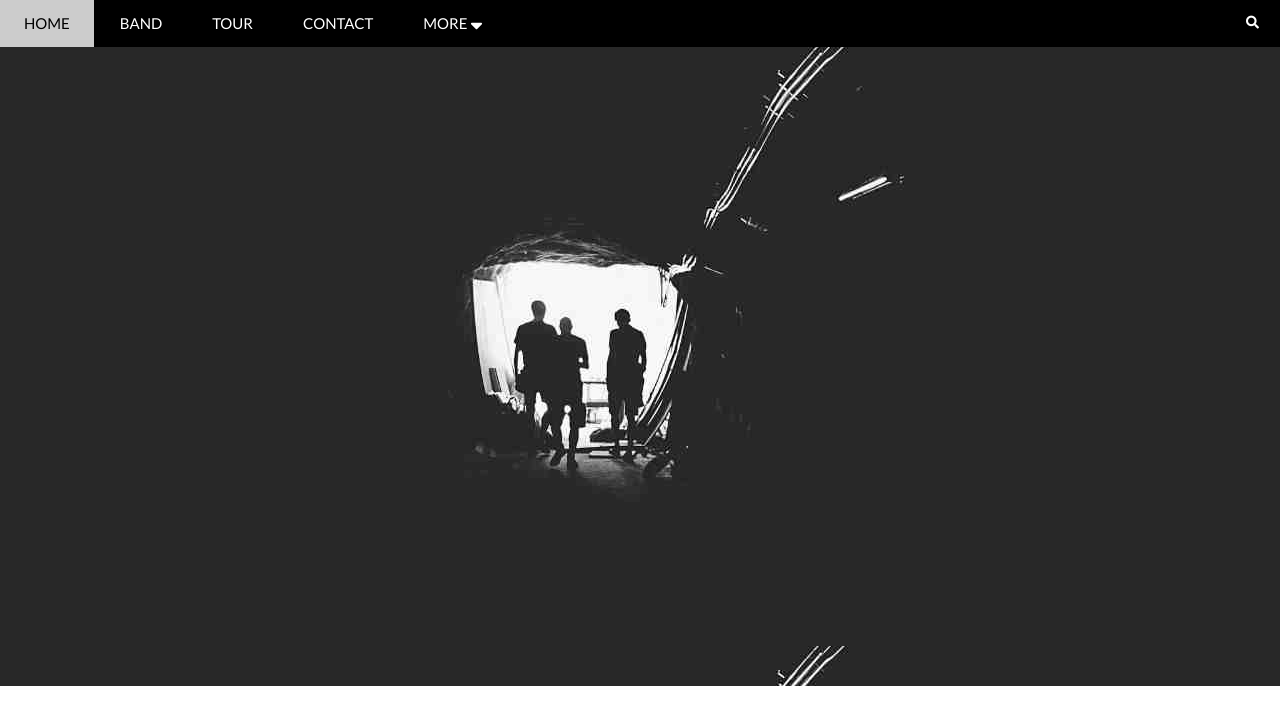
Repository: nguyenthaicong265/w3-band
Page: index.html
An editor plug-in stored every save of this project. The page is shown before and after the next save, followed by the edit.
The browser window is 1280 px wide. The pictures show the whole page.

Above is the page before, as saved 2021-12-28 16:00:25.

After the next save:
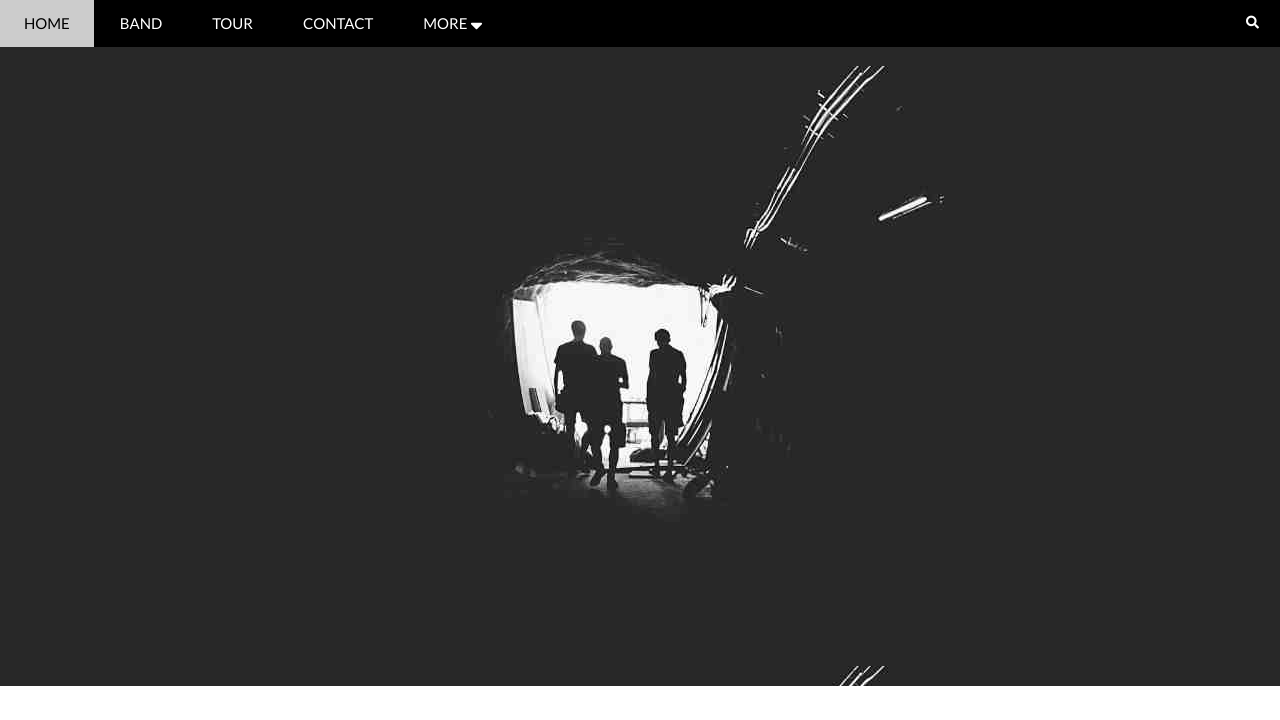
Saved 34 s later.
--- a/assets/css/styles.css
+++ b/assets/css/styles.css
@@ -99,7 +99,7 @@ html {
 #slider {
     margin-top: 46px;
     padding-top: 50%;
-    background: url(/assets/img/slider/slider1.jpg) ;
+    background: url(/assets/img/slider/slider1.jpg) center ;
 }
 
 #content {
